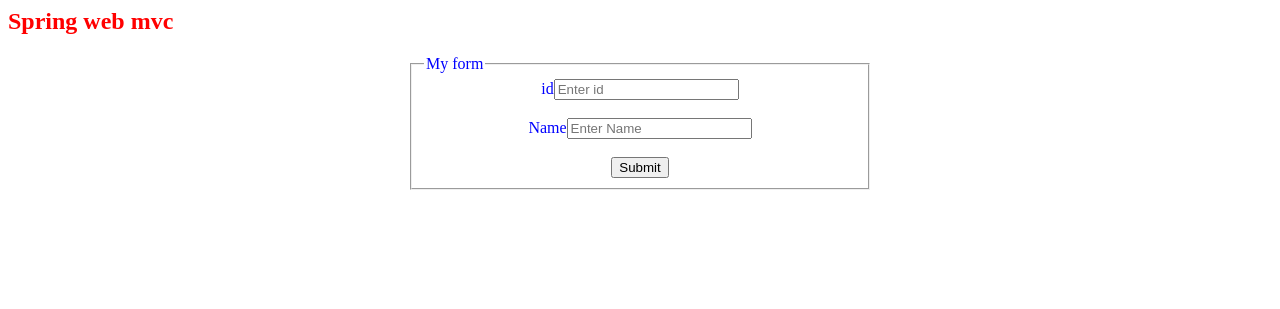
Repository: NaveenPriya1/Sts-full-new-laptop
Page: http://localhost/springwebmvc/
An editor plug-in stored every save of this project. The page is shown before and after the next save, followed by the edit.
The browser window is 1280 px wide. The pictures show the whole page.
The page is served by Tomcat 9. Other server files are loaded and not shown.

Above is the page before, as saved 2022-07-28 13:59:58.

### springwebmvc/src/main/webapp/index.jsp
<html>
<body>
<h2 style=color:red>Spring web mvc</h2>

<div style=color:blue;margin-left:400px;margin-right:400px>
<form action="first">
<fieldset style=margin-lef:50px>
<legend >My form</legend>
<div style=text-align:center>
id<input type="text" name="id" placeholder="Enter id"><br><br>
Name<input type="text" name="name" placeholder="Enter Name"><br><br>
<input type="submit">
</div>

</fieldset>




</form>
</div>
</body>
</html>

After the next save:
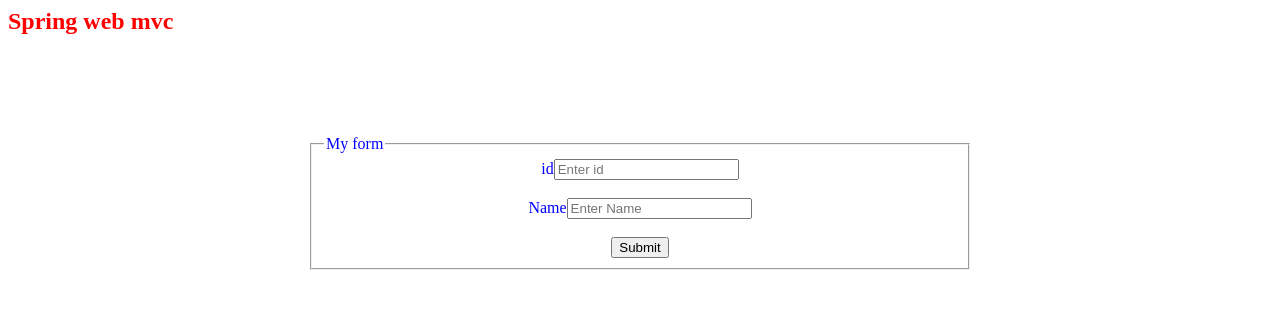
Saved 47 s later.
--- a/springwebmvc/src/main/webapp/index.jsp
+++ b/springwebmvc/src/main/webapp/index.jsp
@@ -2,7 +2,7 @@
 <body>
 <h2 style=color:red>Spring web mvc</h2>
 
-<div style=color:blue;margin-left:400px;margin-right:400px>
+<div style=color:blue;margin-left:300px;margin-right:300px;margin-top:100px>
 <form action="first">
 <fieldset style=margin-lef:50px>
 <legend >My form</legend>
